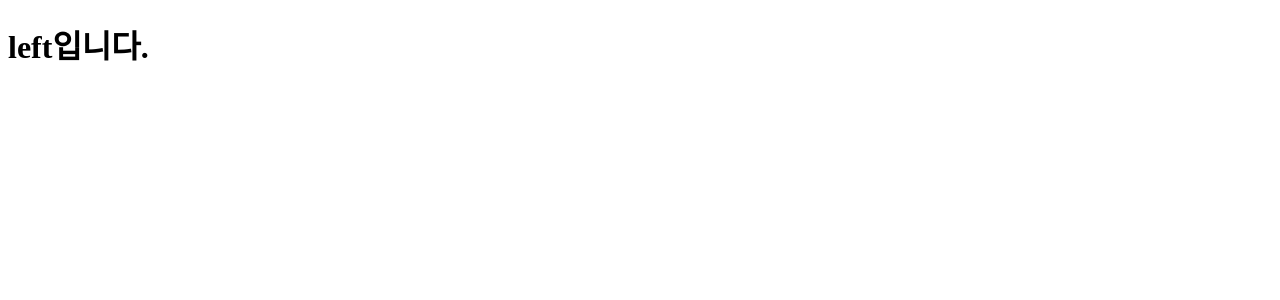
Repository: paul2oh/hellowjava
Page: workspace/javastart_svn/src/javastart/WebContent/clientPrg/a01_html/a08_left.html
These files come from the project's save history. The page is drawn as it stood at one moment and after the next save; the edit follows.
The browser window is 1280 px wide. The pictures show the whole page.

Above is the page before, as saved 2017-01-04 08:27:34.

### workspace/javastart_svn/src/javastart/WebContent/clientPrg/a01_html/a08_left.html
<!DOCTYPE html>
<html>
<head>
<meta charset="EUC-KR">
<title>Insert title here</title>
</head>
<body>
<h1 align="left">left입니다.</h1>
</body>
</html>

After the next save:
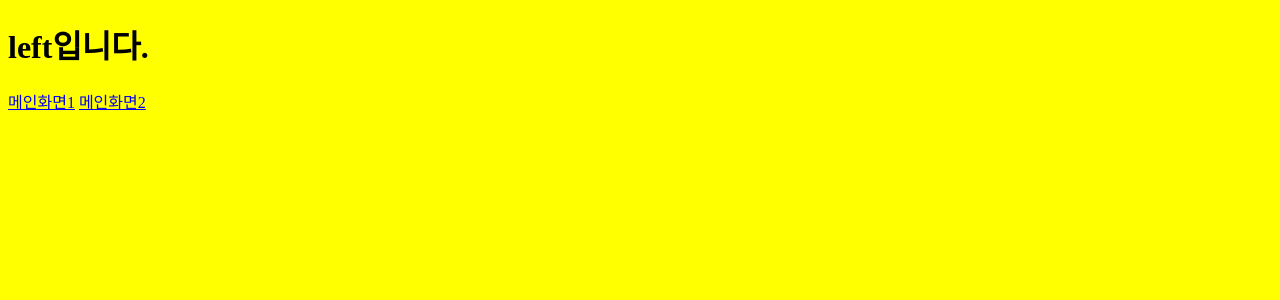
Saved 19 min 18 s later.
--- a/workspace/javastart_svn/src/javastart/WebContent/clientPrg/a01_html/a08_left.html
+++ b/workspace/javastart_svn/src/javastart/WebContent/clientPrg/a01_html/a08_left.html
@@ -4,7 +4,9 @@
 <meta charset="EUC-KR">
 <title>Insert title here</title>
 </head>
-<body>
+<body bgcolor="yellow">
 <h1 align="left">left입니다.</h1>
+<a href="a07_main.html" target="main01">메인화면1</a>
+<a href="a07_main2.html" target="main01">메인화면2</a>
 </body>
 </html>
